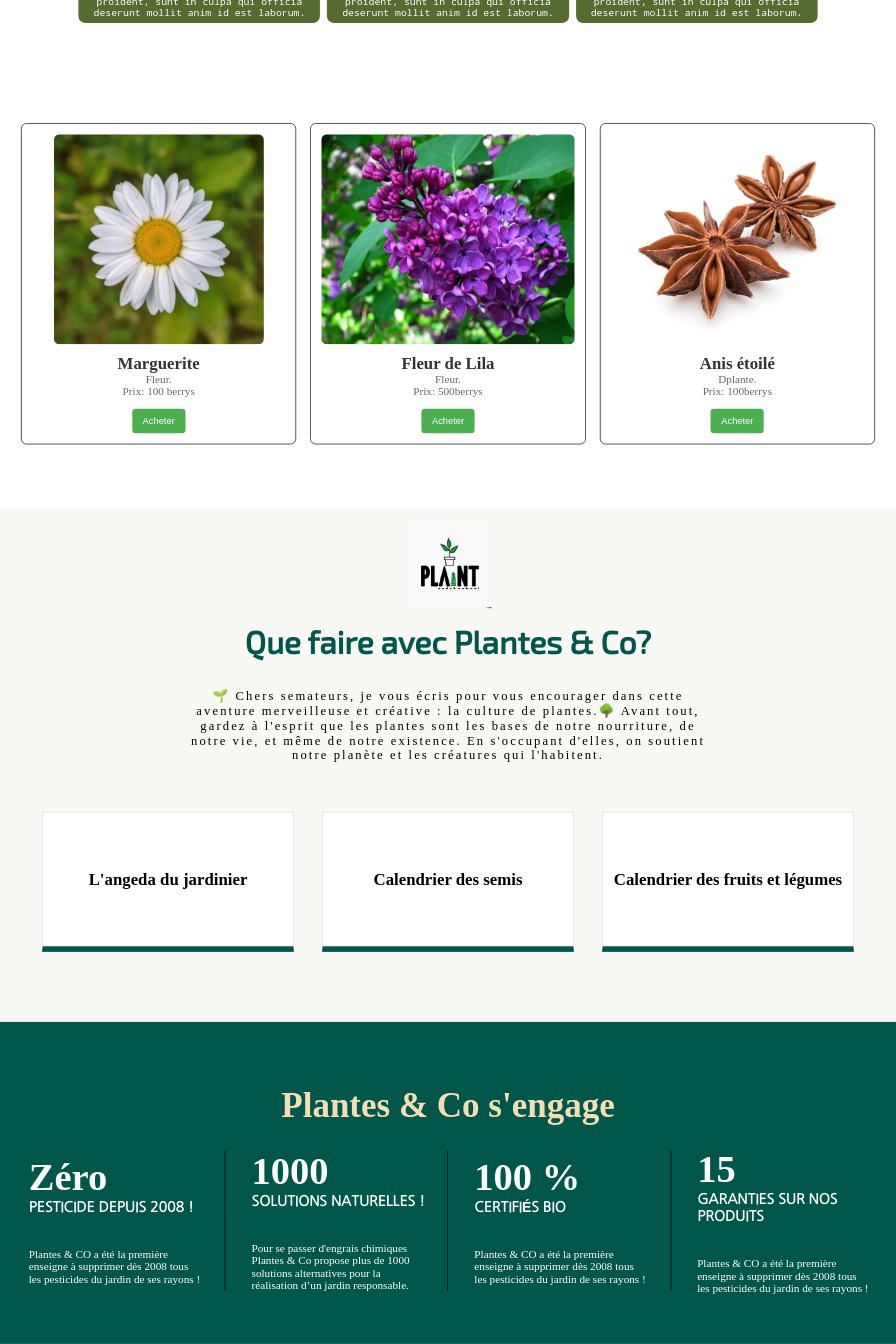
Repository: Flexo874/ISITECH-HTML-CSS
Page: index.html
These files come from the project's save history. The page is drawn as it stood at one moment and after the next save; the edit follows.
The browser window is 1280 px wide. The pictures show the part of the page from y = 1337 to 3257 px (the page is 3257 px tall), at 70% of full size.
Some web fonts or font styles are not loaded; a fallback is used.

Above is the page before, as saved 2024-01-03 16:26:54.

After the next save:
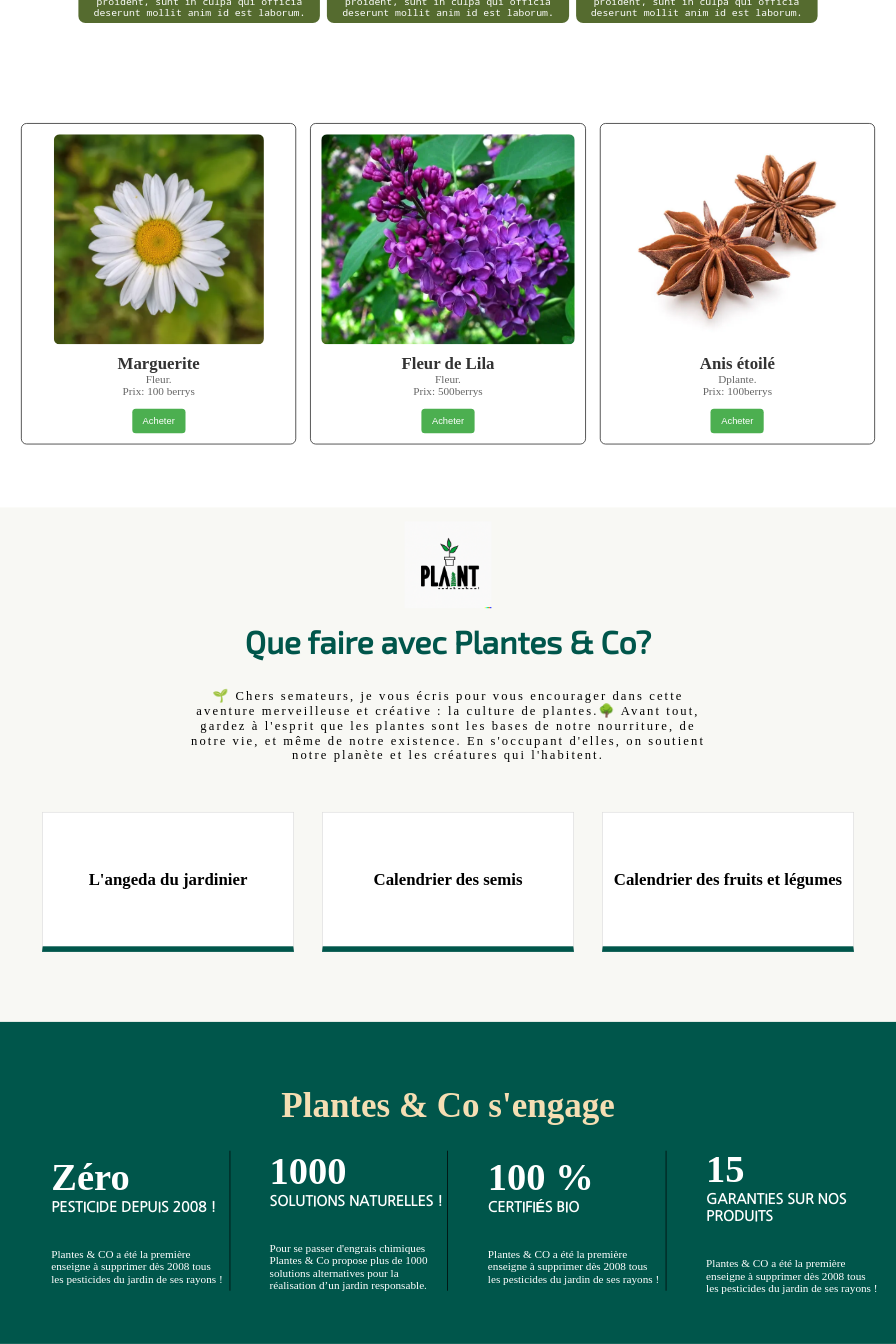
Saved 4 s later.
--- a/engagement.css
+++ b/engagement.css
@@ -31,7 +31,7 @@
 
 .eng {
     width: 20%;
-    padding-left: 5px;
+    padding-left: 50px;
 }
 
 .eng h3{
